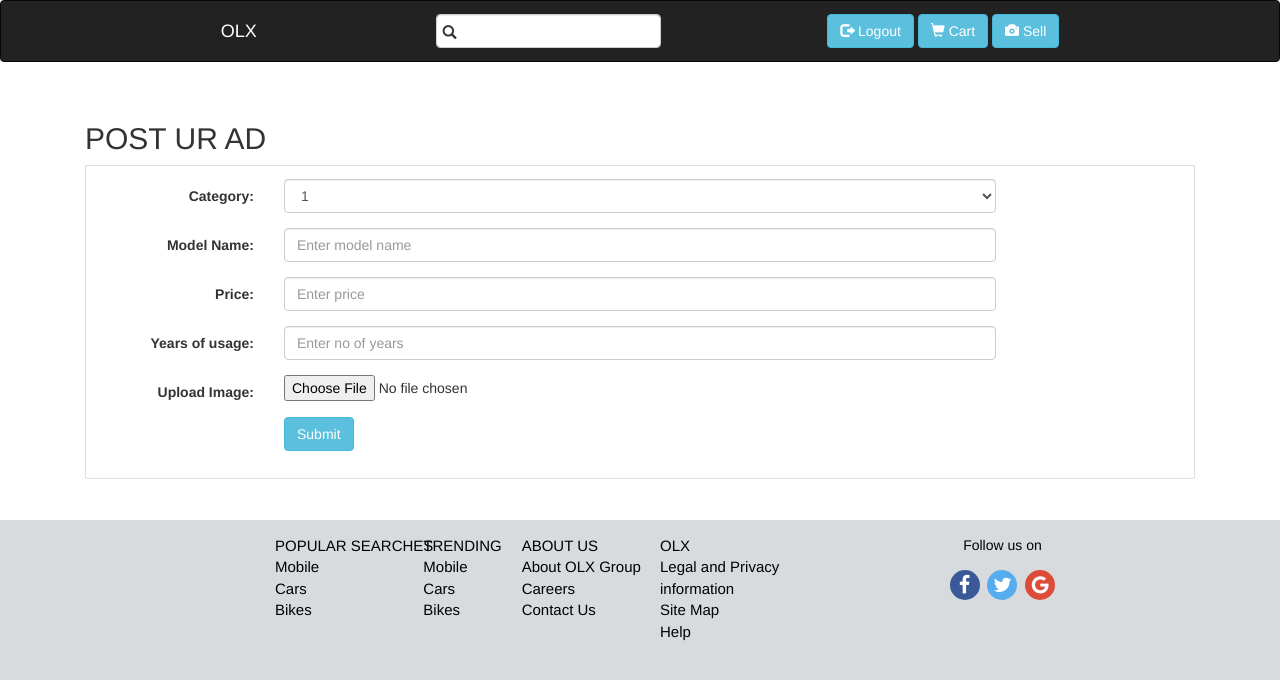
Repository: suganthisarathy/spring_hibernate
Page: http://localhost/olx_resale/WEB-INF/views/SellProduct.jsp
An editor plug-in stored every save of this project. The page is shown before and after the next save, followed by the edit.
The browser window is 1280 px wide. The pictures show the whole page.
The page is served by Tomcat 9. Nobody is signed in. Other server files are loaded and not shown. The template is opened directly, without the code that normally fills it, so the values that code supplies are empty.

Above is the page before, as saved 2019-05-29 06:48:41.

### olx_resale/src/main/webapp/WEB-INF/views/SellProduct.jsp
<%@ page language="java" contentType="text/html; charset=ISO-8859-1"
    pageEncoding="ISO-8859-1"%>
<!DOCTYPE html PUBLIC "-//W3C//DTD HTML 4.01 Transitional//EN" "http://www.w3.org/TR/html4/loose.dtd">
<html>
<head>
<meta http-equiv="Content-Type" content="text/html; charset=ISO-8859-1">
<title>Insert title here</title>
<link rel="stylesheet" href="https://maxcdn.bootstrapcdn.com/bootstrap/4.3.1/css/bootstrap.min.css">
  <script src="https://ajax.googleapis.com/ajax/libs/jquery/3.4.0/jquery.min.js"></script>
  <script src="https://cdnjs.cloudflare.com/ajax/libs/popper.js/1.14.7/umd/popper.min.js"></script>
  <script src="https://maxcdn.bootstrapcdn.com/bootstrap/4.3.1/js/bootstrap.min.js"></script>

</head>
<body>
<jsp:include page="header.jsp"/>
<body>
 <br/>
<div class="container">
   <h2>POST UR AD</h2>
  <div class="card">
    <div class="card-body"><form class="form-horizontal" action="/action_page.php">
    <div class="form-group">
      <label class="control-label col-sm-2" for="email">Category:</label>
      <div class="col-sm-8">

      <select class="form-control" id="sel1" name="sellist1">
        <option>1</option>
        <option>2</option>
        <option>3</option>
        <option>4</option>
      </select>


      </div>
    </div>

    <div class="form-group">
      <label class="control-label col-sm-2" for="txt">Model Name:</label>
      <div class="col-sm-8">
        <input type="text" class="form-control" id="txt" placeholder="Enter model name" name="txt">
      </div>
    </div>
    <div class="form-group">
      <label class="control-label col-sm-2" for="txt">Price:</label>
      <div class="col-sm-8">
        <input type="text" class="form-control" id="txt" placeholder="Enter price" name="txt">
      </div>
    </div>
    <div class="form-group">
      <label class="control-label col-sm-2" for="txt">Years of usage:</label>
      <div class="col-sm-8">
        <input type="text" class="form-control" id="txt" placeholder="Enter no of years" name="txt">
      </div>
    </div>
     <div class="form-group">
      <label class="control-label col-sm-2" for="txt">Upload Image:</label>
      <div class="col-sm-8">
        <input type="file"   name="image" accept="image/*"/>
      </div>
    </div>
    <div class="form-group">
      <div class="col-sm-offset-2 col-sm-10">
        <button type="submit" class="btn btn-info">Submit</button>
      </div>
    </div>
  </form></div>
  </div>
</div>

</body>
</html>

<jsp:include page="footer.jsp"/>
</body>
</html>

### olx_resale/src/main/webapp/WEB-INF/views/header.jsp
<!DOCTYPE html>
<html lang="en">
<head>
<title>Bootstrap Example</title>
<meta charset="utf-8">
<meta name="viewport" content="width=device-width, initial-scale=1">
<link rel="stylesheet"
	href="https://maxcdn.bootstrapcdn.com/bootstrap/3.4.0/css/bootstrap.min.css">
<script
	src="https://ajax.googleapis.com/ajax/libs/jquery/3.4.0/jquery.min.js"></script>
<script
	src="https://maxcdn.bootstrapcdn.com/bootstrap/3.4.0/js/bootstrap.min.js"></script>
<style>
/* Remove the navbar's default margin-bottom and rounded borders */
.navbar {
	margin-bottom: 0;
	border-radius: 0;
}

/* Add a gray background color and some padding to the footer */
footer {
	background-color: #f2f2f2;
	padding: 25px;
}


.inner-addon {
	position: relative;
}

/* style icon */
.inner-addon .glyphicon {
	position: absolute;
	padding: 10px;
	pointer-events: none;
}

body {
	font-family: Arial, Helvetica, sans-serif;
}

* {
	box-sizing: border-box;
}



/* Add styles to the form container */
.form-container {
	max-width: 100%;
	padding: 10px;
	background-color: white;
}
/* Add some hover effects to buttons */
.form-container .btn:hover, .open-button:hover {
	opacity: 1;
}
/* align icon */
.left-addon .glyphicon {
	left: 0px;
}

.right-addon .glyphicon {
	right: 0px;
}

/* add padding  */
.left-addon input {
	padding-left: 30px;
}

.right-addon input {
	padding-right: 30px;
}



</style>
</head>
<body>
	<nav class="navbar navbar-inverse">
		<div class="container ">
			<div class="navbar-header">
				<a class="navbar-brand" href="#" style="color: white">OLX</a>
			</div>
			<ul class="navbar-form navbar-left">
				<div class="form-group">
					<div class="inner-addon left-addon">
						<i class="glyphicon glyphicon-search"></i> <label
							for="focusedInput"></label> <input type="text"
							class="form-control" />
					</div>
				</div>
			</ul>

			<ul class="navbar-form navbar-right">
              <button type="button" class="btn btn-info">
              <span class="glyphicon glyphicon-log-out"></span> Logout</button>
                <button type="button" class="btn btn-info">
                <span class="glyphicon glyphicon-shopping-cart"></span> Cart</button>
                <button type="button" class="btn btn-info">
                <span class="glyphicon glyphicon-camera"></span> Sell</button>
				</ul>
		</div>
	</nav>

</html>

### olx_resale/src/main/webapp/WEB-INF/views/footer.jsp

<%@ page language="java" contentType="text/html; charset=ISO-8859-1"
	pageEncoding="ISO-8859-1"%>
<!DOCTYPE html>
<html>
<head>

<meta charset="utf-8">
<meta name="viewport" content="width=device-width, initial-scale=1">
<link rel="stylesheet"
       href="https://maxcdn.bootstrapcdn.com/bootstrap/3.4.0/css/bootstrap.min.css">
<link rel="stylesheet"
       href="https://cdnjs.cloudflare.com/ajax/libs/font-awesome/4.7.0/css/font-awesome.min.css">
<script
       src="https://ajax.googleapis.com/ajax/libs/jquery/3.3.1/jquery.min.js"></script>
<script
       src="https://maxcdn.bootstrapcdn.com/bootstrap/3.4.0/js/bootstrap.min.js"></script>

<style>
#margin1 {
       margin: 15px;
       left: 260px;
}

#margin2 {
       margin: 15px;
       left: 160px;
}

#margin3 {
       margin: 15px;
       left: 10px;
}

#margin4 {
       margin: 15px;
       left: -100px;
}

#margin5 {
       margin: 15px;
       left: -100px;
}


.footer
{
  position: fixed;
   left: 0;
   bottom: 0;
   width: 100%;
   background-color:#D7DBDD;
       height: 200px;
       color: black;
       text-align: center;
}

.fa {
       padding: 5px;
       font-size: 20px;
       width: 30px;
       text-align: center;
       text-decoration: none;
       margin: 5px 2px;
       border-radius: 50%;
}

.fa:hover {
       opacity: 0.7;
}

.fa-facebook {
       background: #3B5998;
       color: white;
}

.fa-twitter {
       background: #55ACEE;
       color: white;
}

.fa-google {
       background: #dd4b39;
       color: white;
}

</style>

</head>
<body>
<div class="footer"   >
       <div class="row">
              <div class="col-sm-2 col-md-2 col-lg-2 col-xs-2" id="margin1"
                     style="text-align: left">
                     <p style="font-size: 15px;">
                           POPULAR SEARCHES<br> Mobile<br> Cars<br> Bikes
                     </p>
              </div>

              <div class="col-sm-2 col-md-2 col-lg-2 col-xs-2" id="margin2"
                     style="text-align: left">
                     <p style="font-size: 15px;">
                           TRENDING<br> Mobile<br> Cars<br> Bikes
                     </p>
              </div>

              <div class="col-sm-2 col-md-2 col-lg-2 col-xs-2" id="margin3"
                     style="text-align: left">
                     <p style="font-size: 15px;">
                           ABOUT US<br> About OLX Group<br> Careers<br> Contact Us
                     </p>
              </div>

              <div class="col-sm-2 col-md-2 col-lg-2 col-xs-2" id="margin4"
                     style="text-align: left">
                     <p style="font-size: 15px;">
                           OLX<br> Legal and Privacy information<br> Site Map<br>Help
                     </p>
              </div>
              <div class="col-sm-2 col-md-2 col-lg-2 col-xs-2" id="margin5">
                     <p>Follow us on</p>
                     <a href="#" class="fa fa-facebook"></a> <a href="#"
                           class="fa fa-twitter"></a> <a href="#" class="fa fa-google"></a>
              </div>
       </div>
</div>

</body>
</html>

After the next save:
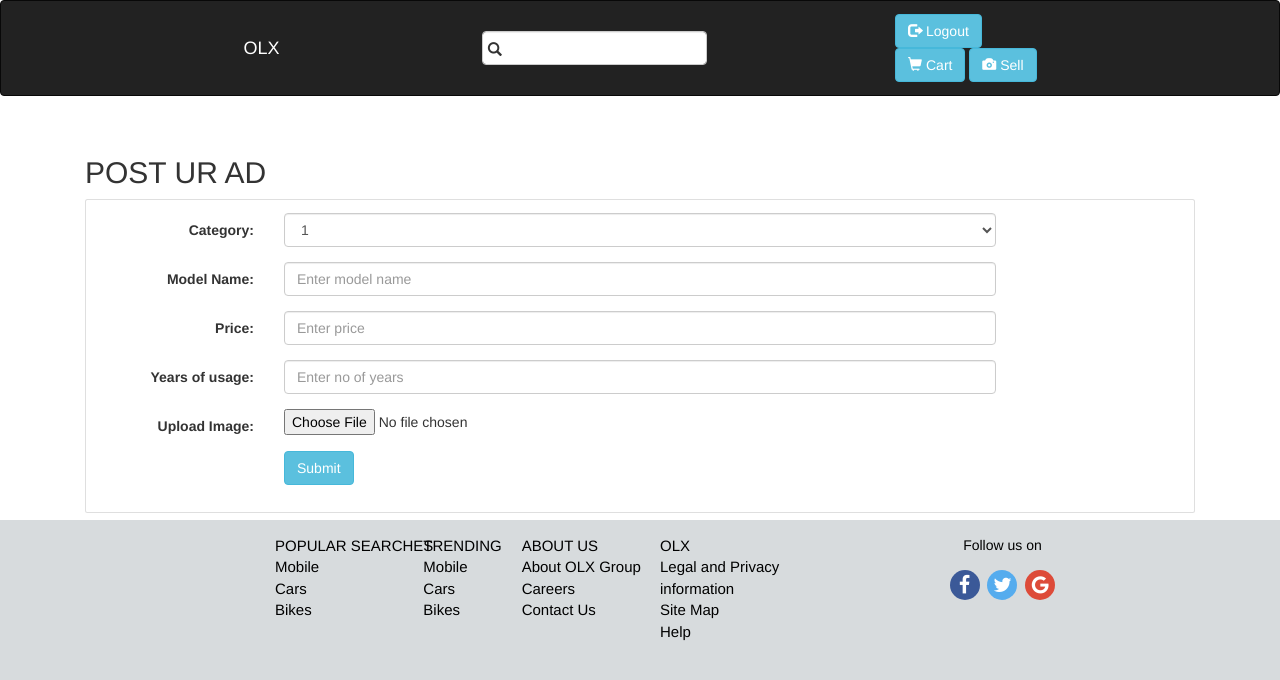
Saved 22 min 52 s later.
--- a/olx_resale/src/main/webapp/WEB-INF/views/header.jsp
+++ b/olx_resale/src/main/webapp/WEB-INF/views/header.jsp
@@ -94,8 +94,9 @@
 			</ul>
 
 			<ul class="navbar-form navbar-right">
-              <button type="button" class="btn btn-info">
-              <span class="glyphicon glyphicon-log-out"></span> Logout</button>
+			  <form action="/index">
+              <button type="submit" class="btn btn-info">
+              <span class="glyphicon glyphicon-log-out"></span> Logout</button> </form>
                 <button type="button" class="btn btn-info">
                 <span class="glyphicon glyphicon-shopping-cart"></span> Cart</button>
                 <button type="button" class="btn btn-info">
